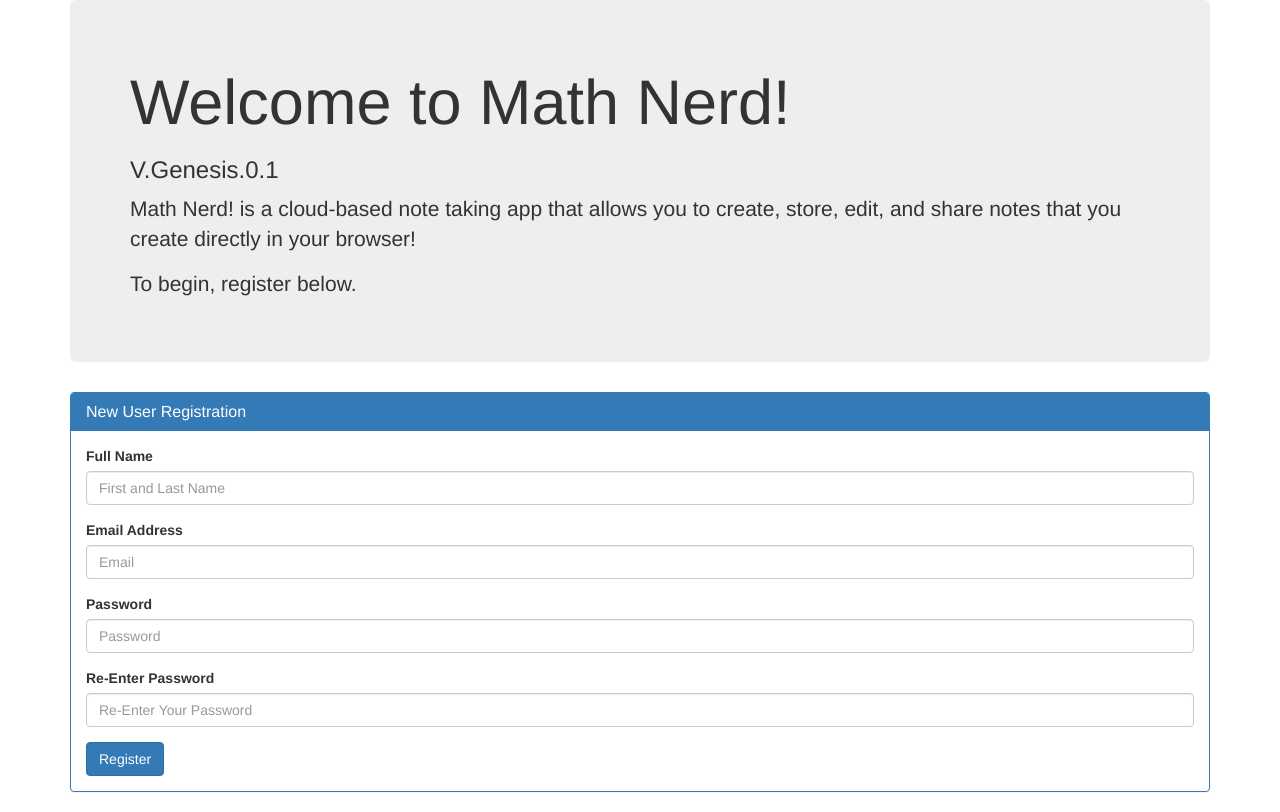
Repository: HeavyTech/acid
Page: http://localhost/MathNerd/Register
An editor plug-in stored every save of this project. The page is shown before and after the next save, followed by the edit.
The browser window is 1280 px wide. The pictures show the whole page.
The page is served by Tomcat 9.

Above is the page before, as saved 2015-12-23 02:42:32.

After the next save:
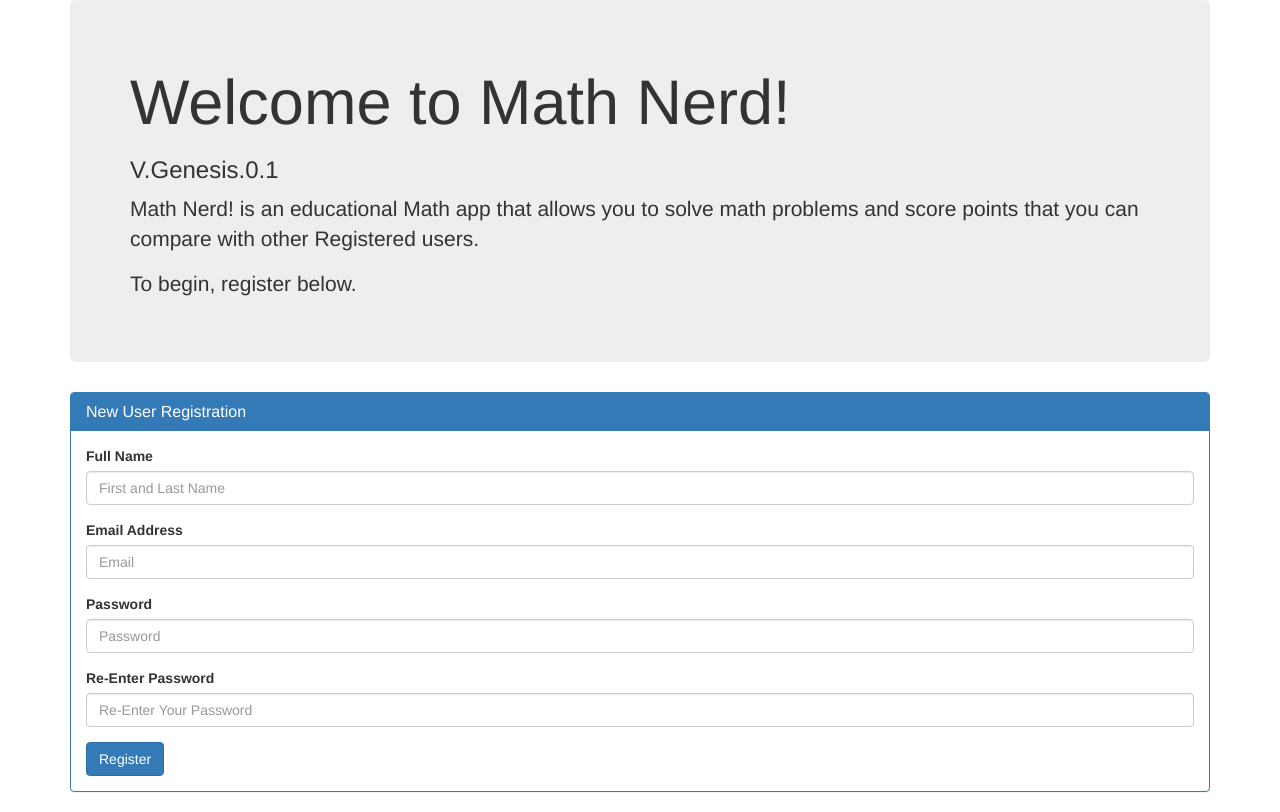
Saved 15 min 45 s later.
--- a/workspace/MathNerd/WebContent/WEB-INF/Register.jsp
+++ b/workspace/MathNerd/WebContent/WEB-INF/Register.jsp
@@ -12,7 +12,7 @@
 			<div class="jumbotron">
 				<h1>Welcome to Math Nerd!</h1>
 				<h3>V.Genesis.0.1</h3>
-				<p>Math Nerd! is a cloud-based note taking app that allows you to create, store, edit, and share notes that you create directly in your browser!</p>
+				<p>Math Nerd! is an educational Math app that allows you to solve math problems and score points that you can compare with other Registered users.</p>
 				<p>To begin, register below.</p>
 			</div>
         	<div class="panel panel-primary">
